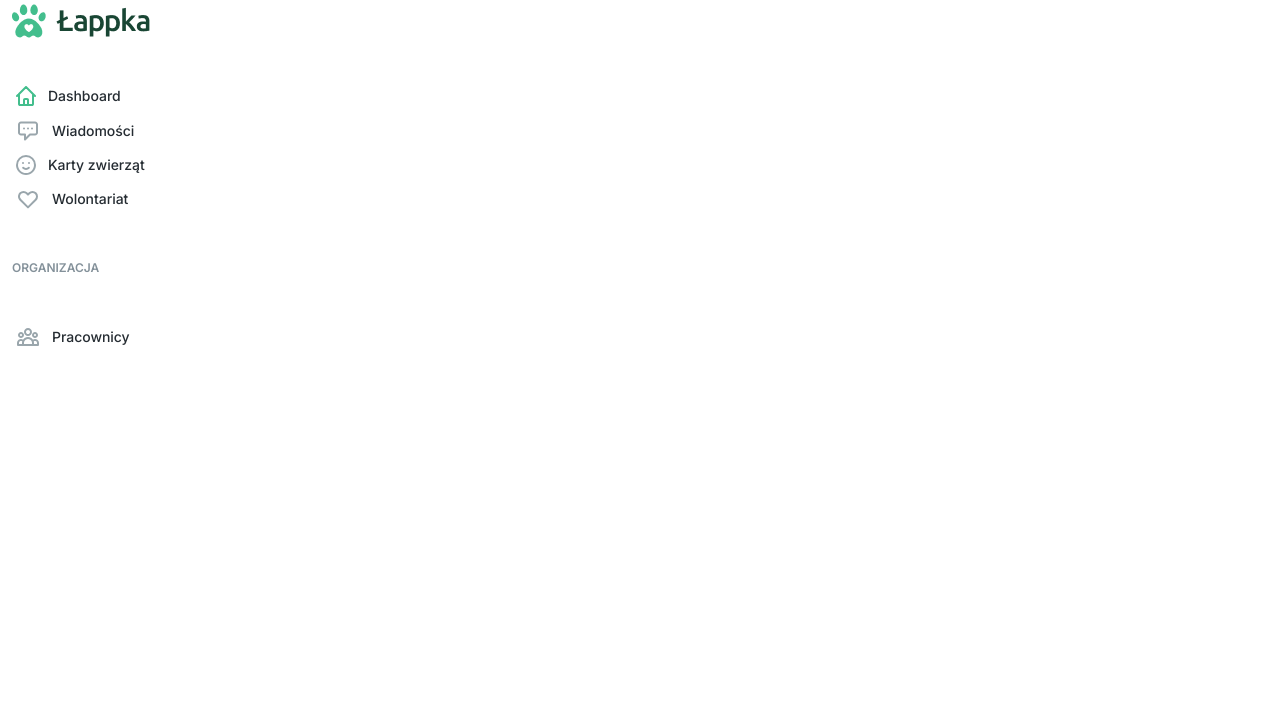
Repository: michalmilek/lappka
Page: /dashboard
These files come from the project's save history. The page is drawn as it stood at one moment and after the next save; the edit follows.
The browser window is 1280 px wide. The pictures show the whole page.
The project was rebuilt for these pictures with package versions that can differ from the ones it lists, and the page was loaded fresh each time. Also part of the build but not shown: src/components/customComponents/FormInput.tsx, src/components/customComponents/Button.tsx, src/components/LoginForm.tsx, src/components/Form/Form.tsx, src/pages/Login.tsx.

Above is the page before, as saved 2023-03-28 11:52:20.

### src/index.tsx
import React from 'react';
import ReactDOM from 'react-dom/client';
import './index.css';
import reportWebVitals from "./reportWebVitals";
import { RouterProvider, createBrowserRouter } from "react-router-dom";
import { ROUTES } from "./router/routes";
import Dashboard from "./pages/Dashboard";
import Login from "./pages/Login";

const router = createBrowserRouter([
  {
    path: ROUTES.HOME,
    element: <Login />,
  },
  {
    path: ROUTES.DASHBOARD,
    element: <Dashboard />,
  },
  /*   {
    path: ROUTES.ANIMALSCARDS,
    element: <LoginSite />,
  }, */
]);

const root = ReactDOM.createRoot(
  document.getElementById("root") as HTMLElement
);
root.render(
  <React.StrictMode>
    <RouterProvider router={router} />
  </React.StrictMode>
);

// If you want to start measuring performance in your app, pass a function
// to log results (for example: reportWebVitals(console.log))
// or send to an analytics endpoint. Learn more: https://bit.ly/CRA-vitals
reportWebVitals();

### src/index.css
@import url(https://fonts.googleapis.com/css?family=Inter:100,200,300,regular,500,600,700,800,900);

@tailwind base;
@tailwind components;
@tailwind utilities;


@layer base {
    *{
        @apply font-Inter
    }
}


@layer components {
    .hoverEffect{
        @apply hover:scale-105 transition-all duration-200 active:scale-95
    }

    .loginButton{
        @apply w-full bg-Primary/PR600 text-lightGray5 font-medium rounded-lg py-2 px-2
    }
    .registerButton{
        @apply w-full bg-white border border-Primary/PR100 text-darkGray2 font-medium rounded-lg py-2 px-2 shadow-registerBtn
    }

    .listLink {
        @apply flex gap-3 items-center tracking-veryVeryTight text-darkGray2 text-sm font-medium px-1 py-1 hover:cursor-pointer transition-all duration-300 hover:bg-gray-200
    }
}

### src/router/routes.ts
export const ROUTES = {
  HOME: "/",
  DASHBOARD: "/dashboard",
  ANIMALSCARDS: "/animals-cards",
};

### src/pages/Dashboard.tsx
import React from "react";
import Sidebar from "../components/Sidebar/Sidebar";

const Dashboard = () => {
  return (
    <main className="flex">
      <Sidebar />
      <div></div>
    </main>
  );
};

export default Dashboard;

### src/components/Sidebar/Sidebar.tsx
import React from "react";
import Logo from "./Logo.png";
import { ReactComponent as HomeIcon } from "./icons/Vector.svg";
import { ReactComponent as MessageIcon } from "./icons/Messages.svg";
import { ReactComponent as AnimalsCards } from "./icons/AnimalsCards.svg";
import { ReactComponent as HeartIcon } from "./icons/Heart.svg";
import { ReactComponent as EmployeesIcon } from "./icons/Workers.svg";

const Sidebar = () => {
  return (
    <div className="flex flex-col items-start justify-start gap-11 px-3 py-1 min-h-screen">
      <img
        src={Logo}
        alt="Logo"
      />

      <ul className="flex flex-col items-start justify-center gap-1">
        <li className="listLink">
          <HomeIcon /> Dashboard
        </li>
        <li className="listLink">
          <MessageIcon /> Wiadomości
        </li>
        <li className="listLink">
          <AnimalsCards /> Karty zwierząt
        </li>
        <li className="listLink">
          <HeartIcon /> Wolontariat
        </li>
      </ul>

      <p className="uppercase text-[12px] text-midGray3 font-semibold">
        Organizacja
      </p>
      <ul>
        <li className="listLink">
          <EmployeesIcon /> Pracownicy
        </li>
      </ul>
    </div>
  );
};

export default Sidebar;

### tailwind.config.js
/** @type {import('tailwindcss').Config} */
module.exports = {
  content: ["./src/**/*.{js,jsx,ts,tsx}"],
  theme: {
    extend: {
      colors: {
        "Primary/PR600": "#369871",
        "Primary/PR100": "#E1F5ED",
        "Primary/PR500": "#43BE8D",
        orange: "#F76659",
        bgGreen: "#F0FAF6",
        "Primary/PR800": "#205B43",
        midGray2: "#6E7C87",
        lightGray1: "#D5DADD",
        lightGray4: "#EEF0F2",
        lightGray5: "#F6F7F9",
        midGray5: "#B0BABF",
        midGray4: "#9AA6AC",
        midGray3: "#84919A",
        darkGray2: "#252C32",
      },
      fontFamily: {
        Inter: ["Inter", "sans-serif"],
      },
      letterSpacing: {
        veryTight: "-.006em",
        veryVeryTight: "-0.003em",
        wide18em: "0.018em",
      },
      boxShadow: {
        registerBtn: "0px 1px 2px rgba(16, 24, 40, 0.05)",
      },
    },
  },
  plugins: [require("@tailwindcss/forms")],
};

Loaded but not shown: public/index.html (common file); src/reportWebVitals.ts (common file)

After the next save:
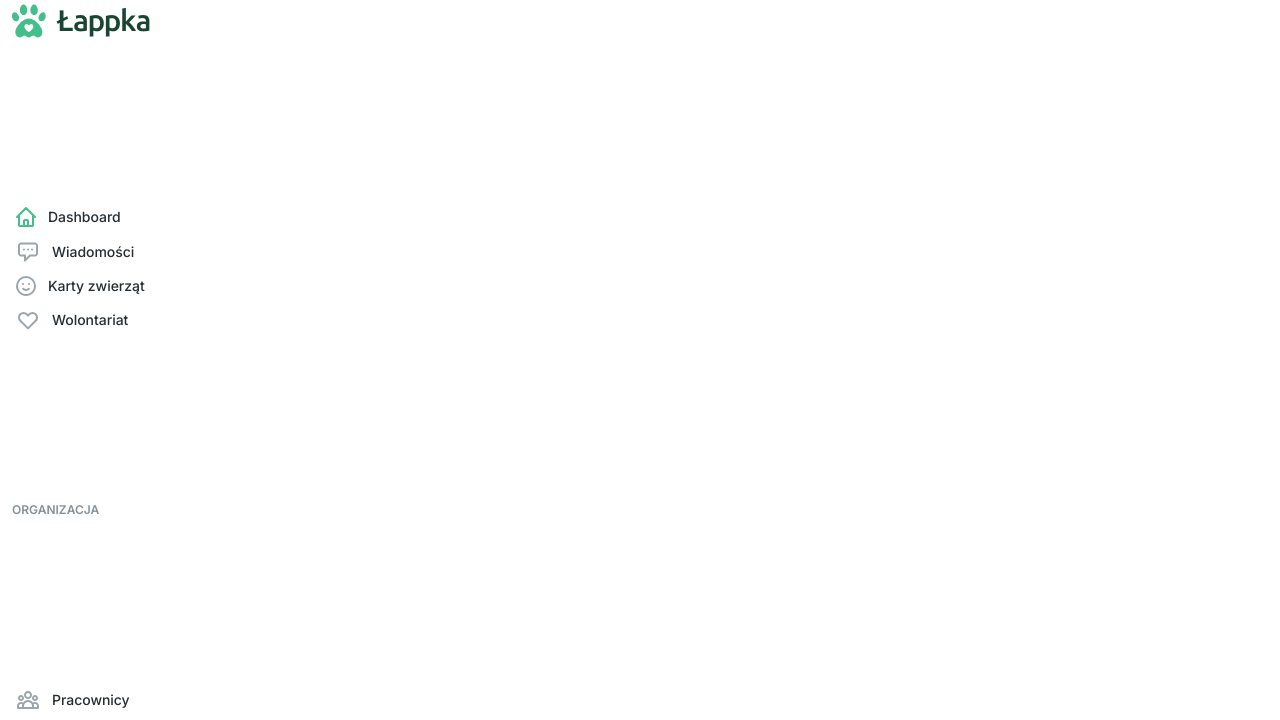
Saved 16 s later.
--- a/src/components/Sidebar/Sidebar.tsx
+++ b/src/components/Sidebar/Sidebar.tsx
@@ -8,7 +8,7 @@
 
 const Sidebar = () => {
   return (
-    <div className="flex flex-col items-start justify-start gap-11 px-3 py-1 min-h-screen">
+    <div className="flex flex-col items-start justify-between gap-11 px-3 py-1 min-h-screen">
       <img
         src={Logo}
         alt="Logo"

After the save that followed:
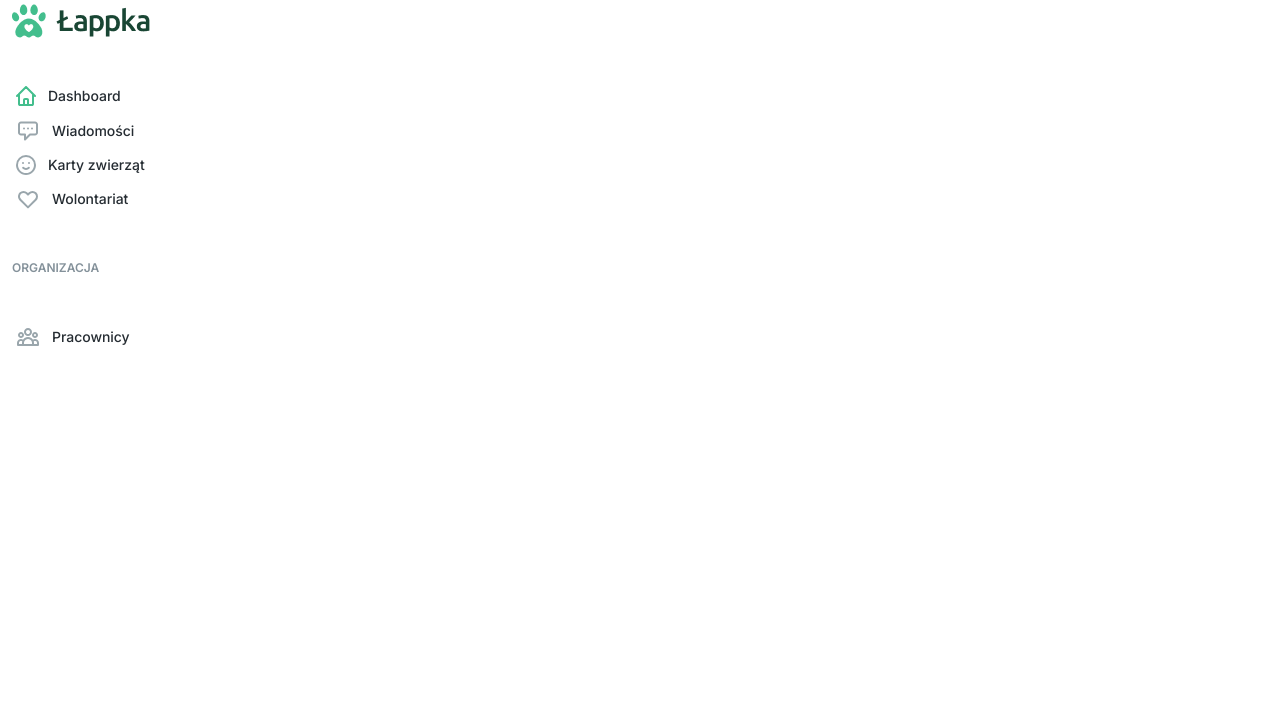
Saved 48 s later.
--- a/src/components/Sidebar/Sidebar.tsx
+++ b/src/components/Sidebar/Sidebar.tsx
@@ -8,35 +8,37 @@
 
 const Sidebar = () => {
   return (
-    <div className="flex flex-col items-start justify-between gap-11 px-3 py-1 min-h-screen">
-      <img
-        src={Logo}
-        alt="Logo"
-      />
+    <div className="px-3 py-1 min-h-screen flex flex-col">
+      <div className="flex flex-col items-start justify-start gap-11">
+        <img
+          src={Logo}
+          alt="Logo"
+        />
 
-      <ul className="flex flex-col items-start justify-center gap-1">
-        <li className="listLink">
-          <HomeIcon /> Dashboard
-        </li>
-        <li className="listLink">
-          <MessageIcon /> Wiadomości
-        </li>
-        <li className="listLink">
-          <AnimalsCards /> Karty zwierząt
-        </li>
-        <li className="listLink">
-          <HeartIcon /> Wolontariat
-        </li>
-      </ul>
+        <ul className="flex flex-col items-start justify-center gap-1">
+          <li className="listLink">
+            <HomeIcon /> Dashboard
+          </li>
+          <li className="listLink">
+            <MessageIcon /> Wiadomości
+          </li>
+          <li className="listLink">
+            <AnimalsCards /> Karty zwierząt
+          </li>
+          <li className="listLink">
+            <HeartIcon /> Wolontariat
+          </li>
+        </ul>
 
-      <p className="uppercase text-[12px] text-midGray3 font-semibold">
-        Organizacja
-      </p>
-      <ul>
-        <li className="listLink">
-          <EmployeesIcon /> Pracownicy
-        </li>
-      </ul>
+        <p className="uppercase text-[12px] text-midGray3 font-semibold">
+          Organizacja
+        </p>
+        <ul>
+          <li className="listLink">
+            <EmployeesIcon /> Pracownicy
+          </li>
+        </ul>
+      </div>
     </div>
   );
 };
